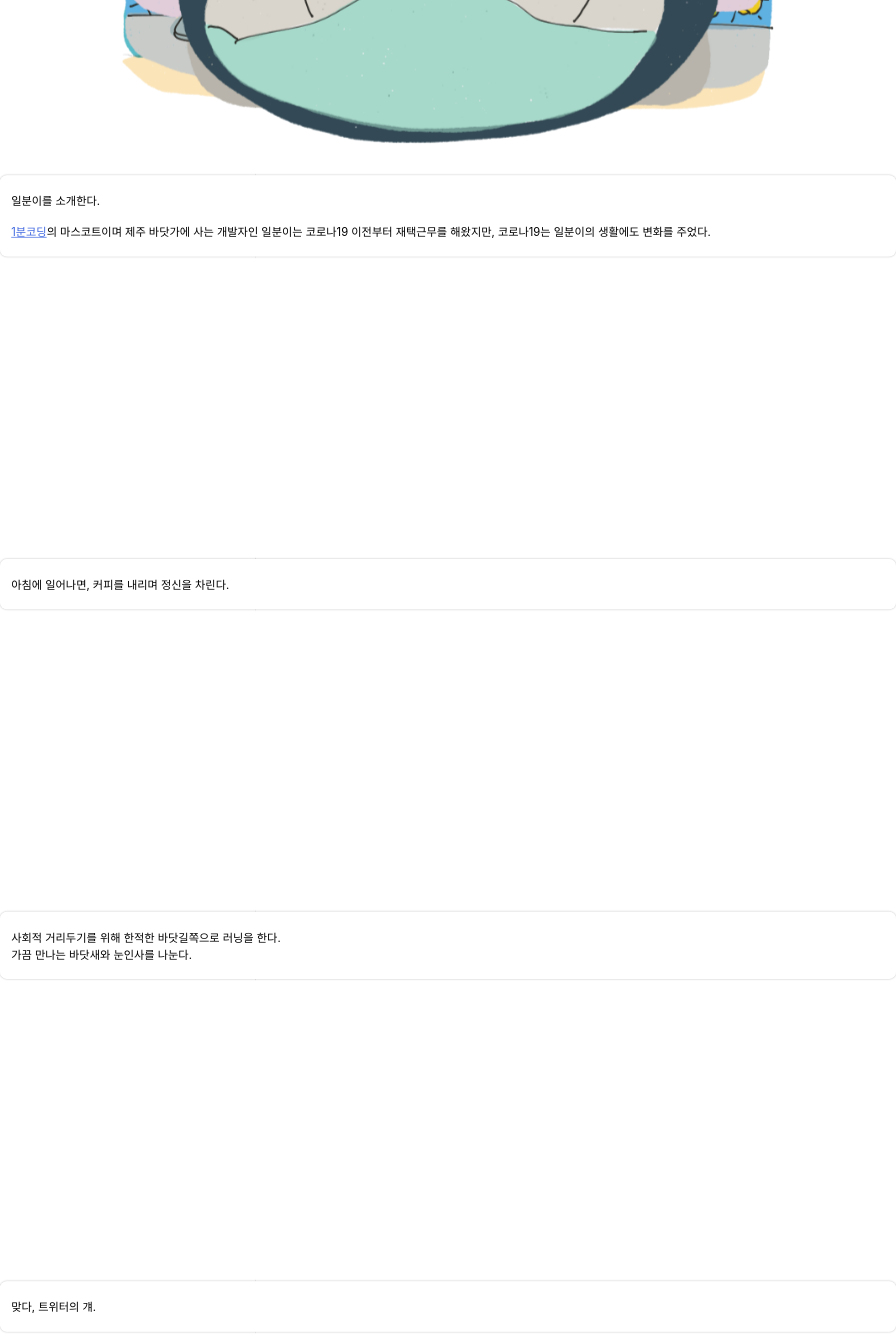
Repository: westone034626/ReactPractice
Page: /
These files come from the project's save history. The page is drawn as it stood at one moment and after a run of saves; the edit follows.
The browser window is 1280 px wide. The pictures show the part of the page from y = 718 to 2638 px (the page is 6474 px tall before and 6650 px after), at 70% of full size.
The project was rebuilt for these pictures with package versions that can differ from the ones it lists, and the page was loaded fresh each time. Also part of the build but not shown: src/App.css.

Above is the page before, as saved 2021-10-31 23:38:08.

After the next 2 saves:
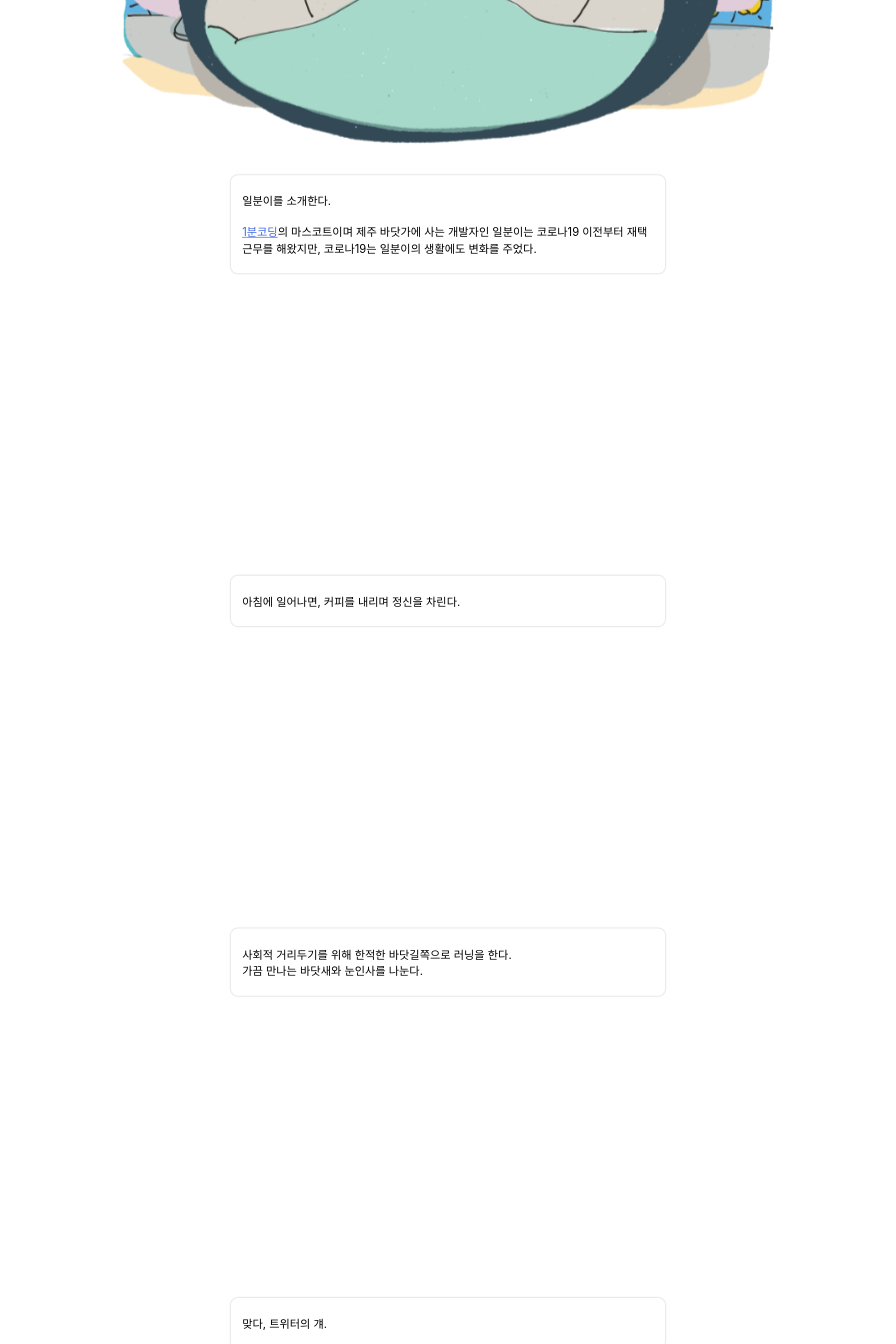
The 2 saves are shown as one change because they came seconds apart.
The last was saved 99 s later.
--- a/src/App.js
+++ b/src/App.js
@@ -61,7 +61,7 @@ function App() {
             <img className={styles.sceneImg} src="img/08.png" alt="" />
           </div>
         </div>
-        <div className={styles.scrollText}>
+        <div className={`${styles.scrollText} ${styles.globalWidth}`}>
           <div className={styles.step}>
             <p>
               일분이를 소개한다.
@@ -136,7 +136,7 @@ function App() {
           </div>
         </div>
       </div>
-      <div className={styles.normalContent}>
+      <div className={`${styles.normalContent} ${styles.globalWidth}`}>
         <h2>도시를 떠나는 사람들</h2>
         <p>
           원격근무 하시는 개발자 디자이너분들, 제주로 오세요. 진짜 좋아요. Lorem
